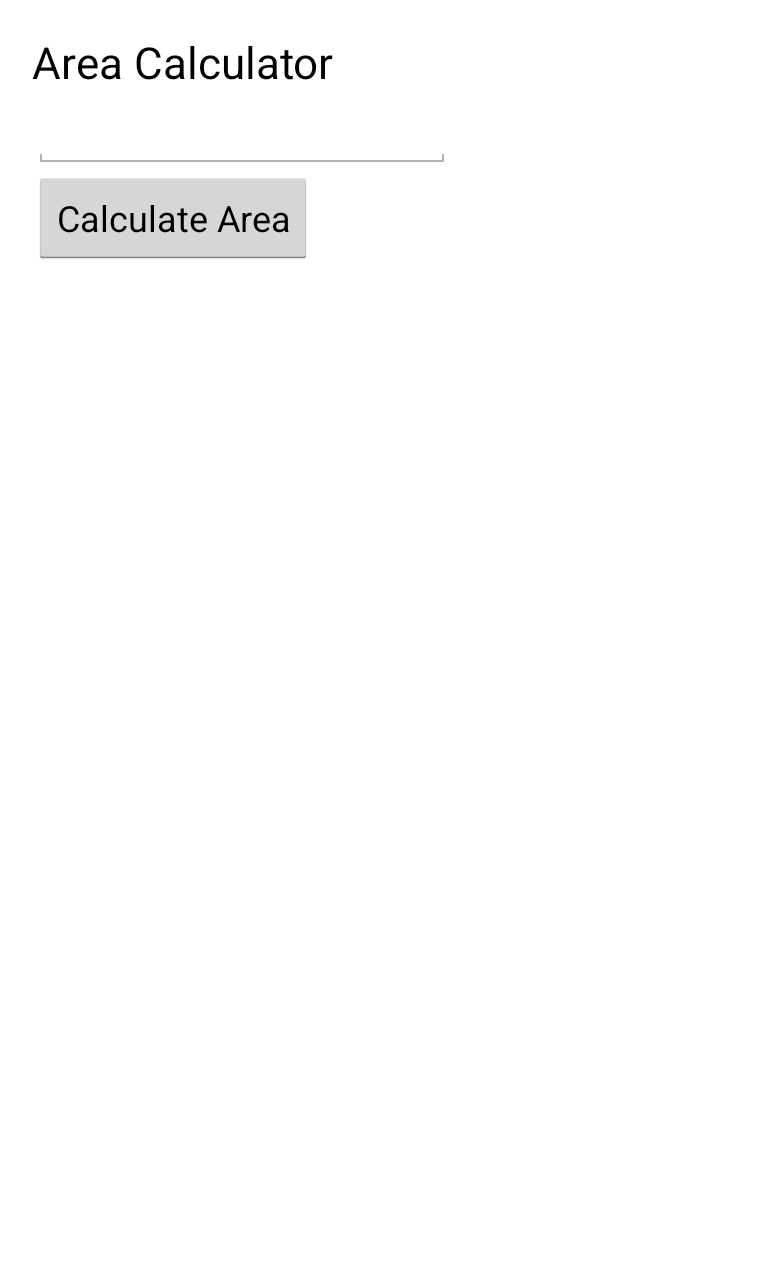
Repository: wedini/Android
Layout: workspace/Calculator/res/layout/activity_main.xml
The author's editor kept a copy of each file at every save. The layout is drawn from the files as they stood at one save, then again after the next save.
It is drawn on a 768 x 1280 px phone screen (xhdpi) without system bars, with theme AppTheme; the app's code is not run.

Above is the layout before, as saved 2013-03-25 21:09:26.

### workspace/Calculator/res/layout/activity_main.xml
<RelativeLayout xmlns:android="http://schemas.android.com/apk/res/android"
    xmlns:tools="http://schemas.android.com/tools"
    android:layout_width="match_parent"
    android:layout_height="match_parent"
    android:paddingBottom="@dimen/activity_vertical_margin"
    android:paddingLeft="@dimen/activity_horizontal_margin"
    android:paddingRight="@dimen/activity_horizontal_margin"
    android:paddingTop="@dimen/activity_vertical_margin"
    tools:context=".MainActivity" >

    <TextView
        android:id="@+id/textView1"
        android:layout_width="wrap_content"
        android:layout_height="wrap_content"
        android:layout_alignParentLeft="true"
        android:layout_alignParentTop="true"
        android:text="Area Calculator"
        android:textAppearance="?android:attr/textAppearanceLarge" />

    <EditText
        android:id="@+id/editText1"
        android:layout_width="wrap_content"
        android:layout_height="wrap_content"
        android:layout_alignParentLeft="true"
        android:layout_below="@+id/textView1"
        android:ems="10"
        android:inputType="numberDecimal" />

    <Button
        android:id="@+id/button1"
        android:layout_width="wrap_content"
        android:layout_height="wrap_content"
        android:layout_alignParentLeft="true"
        android:layout_below="@+id/editText1"
        android:text="Calculate Area" />

</RelativeLayout>

Loaded but not shown: workspace/Calculator/res/values/styles.xml (common file); workspace/Calculator/res/values-v11/styles.xml (common file); workspace/Calculator/res/values-v14/styles.xml (common file); workspace/Calculator/res/values/dimens.xml (common file)

After the next save:
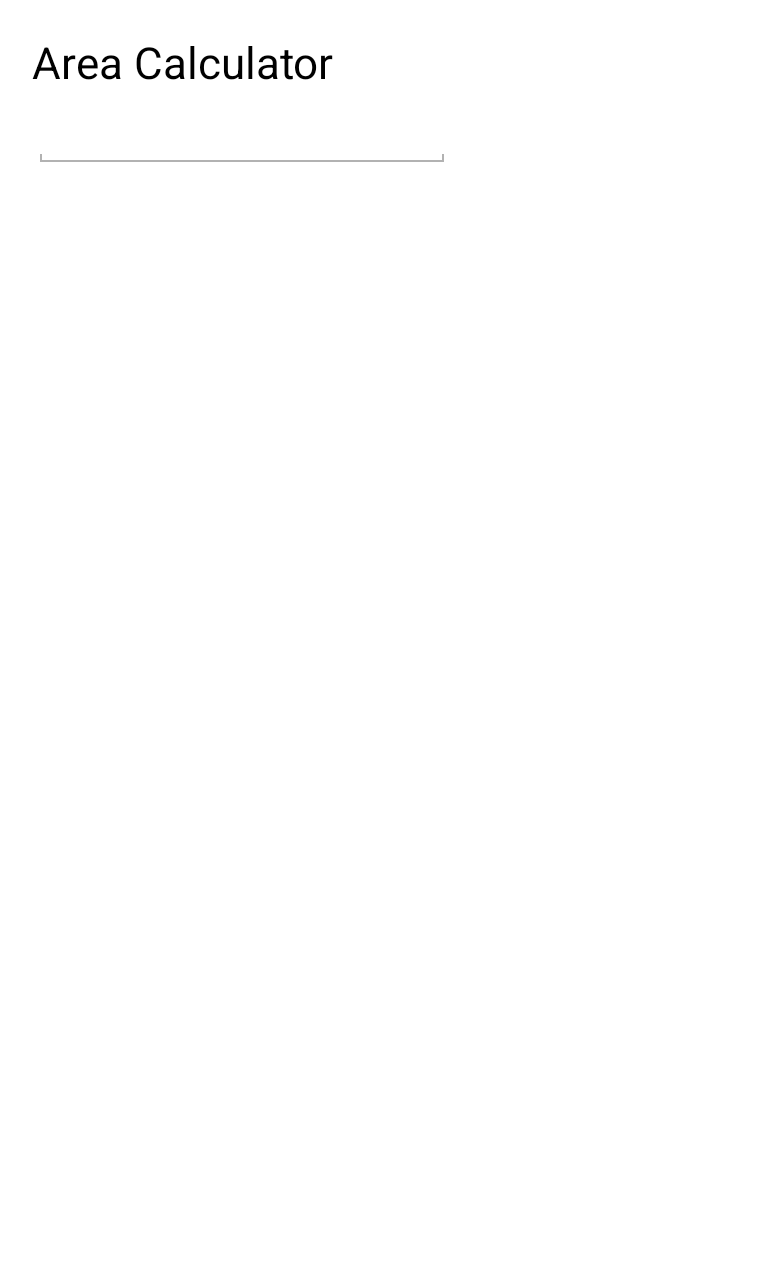
Saved 5 min 40 s later.
--- a/workspace/Calculator/res/layout/activity_main.xml
+++ b/workspace/Calculator/res/layout/activity_main.xml
@@ -26,12 +26,4 @@
         android:ems="10"
         android:inputType="numberDecimal" />
 
-    <Button
-        android:id="@+id/button1"
-        android:layout_width="wrap_content"
-        android:layout_height="wrap_content"
-        android:layout_alignParentLeft="true"
-        android:layout_below="@+id/editText1"
-        android:text="Calculate Area" />
-
 </RelativeLayout>
